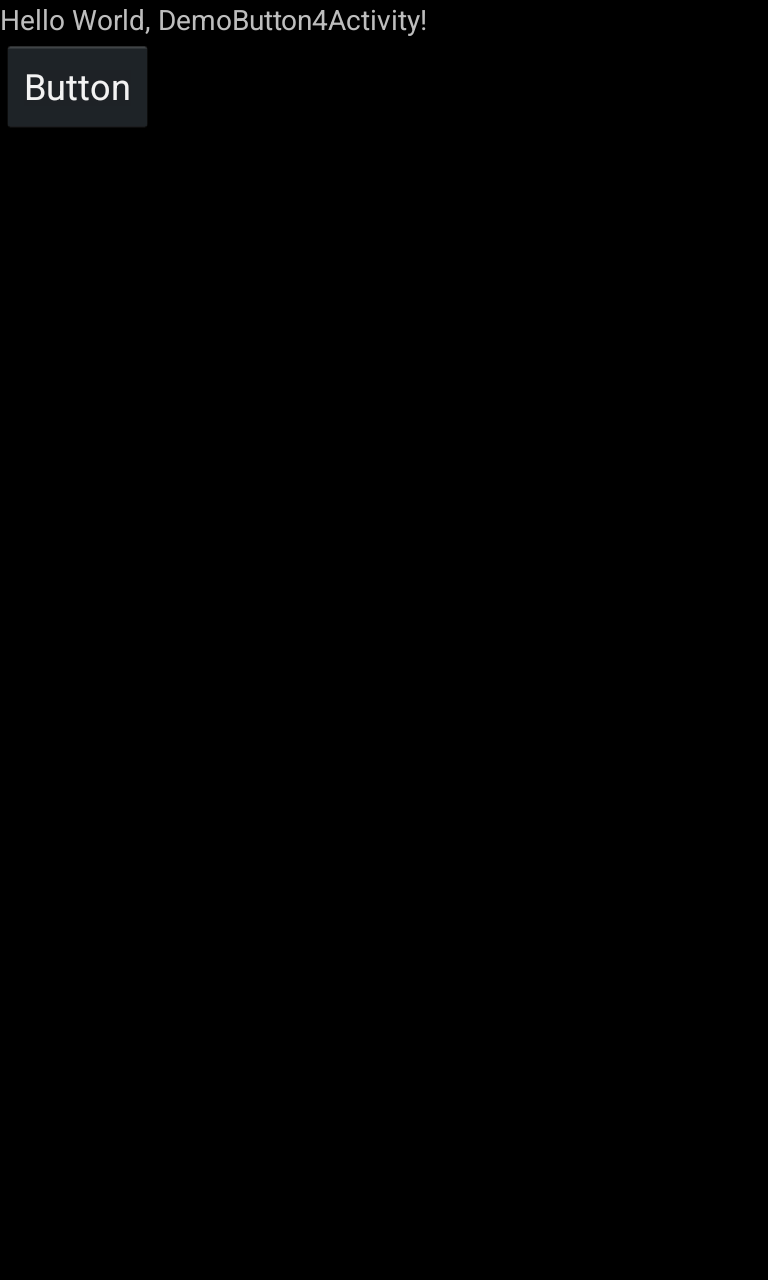
Repository: GuangmingChan/DevelopAndroidApp
Layout: demoButton4/res/layout/main.xml
An editor plug-in stored every save of this project. The layout is shown before and after the next save, followed by the edit.
It is drawn on a 768 x 1280 px phone screen (xhdpi) without system bars, with theme android:Theme.Holo; the app's code is not run.

Above is the layout before, as saved 2017-03-14 02:06:00.

After the next save:
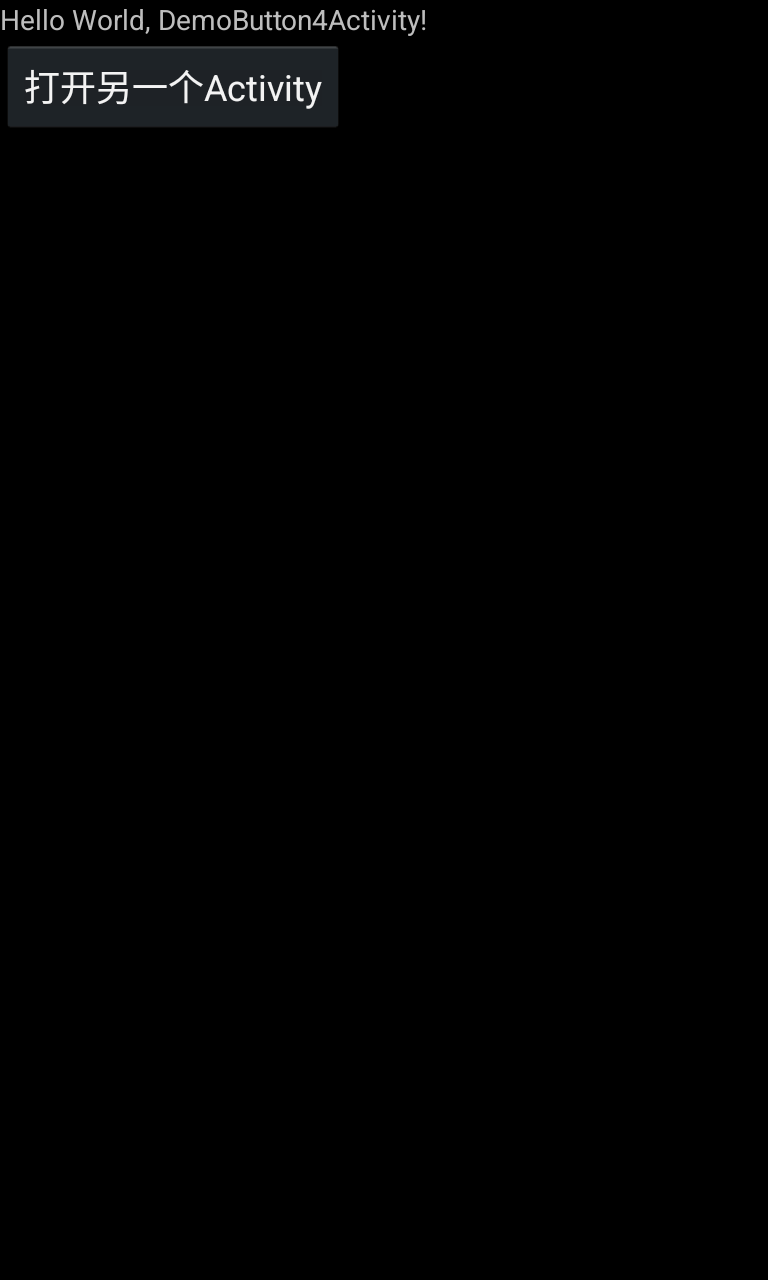
Saved 18 s later.
--- a/demoButton4/res/layout/main.xml
+++ b/demoButton4/res/layout/main.xml
@@ -13,6 +13,6 @@
         android:id="@+id/button1"
         android:layout_width="wrap_content"
         android:layout_height="wrap_content"
-        android:text="Button" />
+        android:text="打开另一个Activity" />
 
 </LinearLayout>
